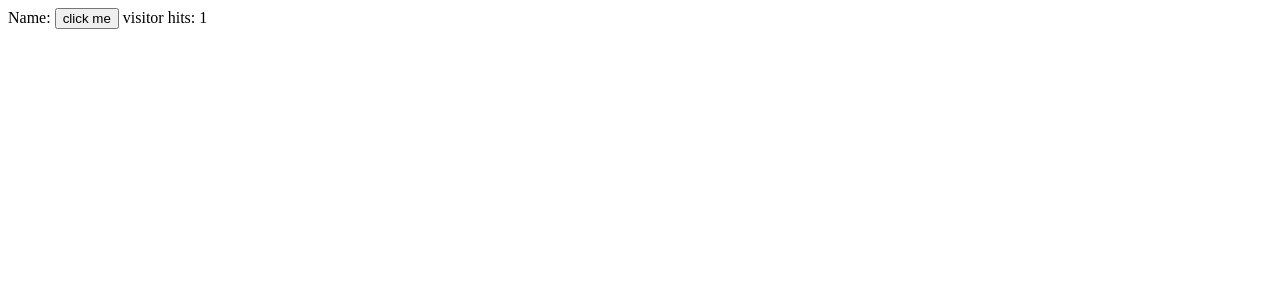
Repository: PoojaShirwaikar/BlockhainTest
Page: javascript/HTML5/WebContent/demo1.html
The author's editor kept a copy of each file at every save. The page is drawn from the files as they stood at one save, then again after the next save.
The browser window is 1280 px wide. The pictures show the whole page.

Above is the page before, as saved 2017-11-16 05:35:44.

### javascript/HTML5/WebContent/demo1.html
<!DOCTYPE html>
<html>
<head>
<meta charset="ISO-8859-1">
<title>Insert title here</title>
</head>
<body>

	Name:
	<button id="b1">click me</button>
	<script>
		if (localStorage.visitorHits) {
			document
					.write("visitor hits: "
							+ (localStorage.visitorHits = Number(localStorage.visitorHits) + 1));
		} else {
			document.write("visitor hits: " + (localStorage.visitorHits = 1));
		}
	</script>
</body>
</html>

After the next save:
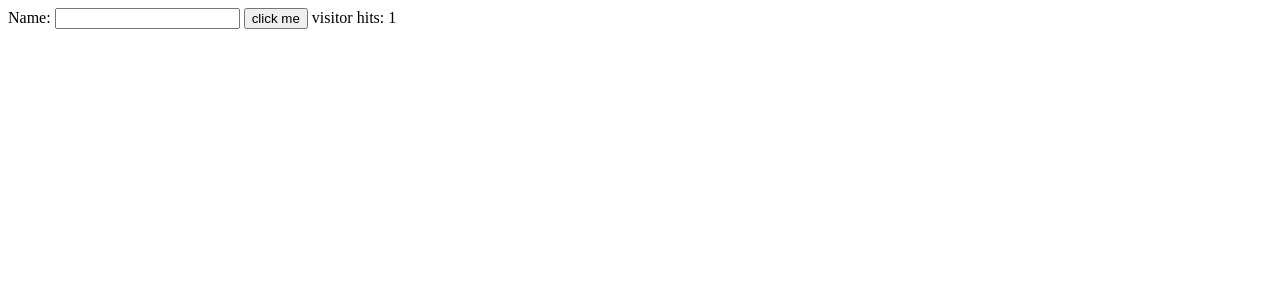
Saved 22 s later.
--- a/javascript/HTML5/WebContent/demo1.html
+++ b/javascript/HTML5/WebContent/demo1.html
@@ -7,6 +7,7 @@
 <body>
 
 	Name:
+	<input id="i1" type="text">
 	<button id="b1">click me</button>
 	<script>
 		if (localStorage.visitorHits) {
